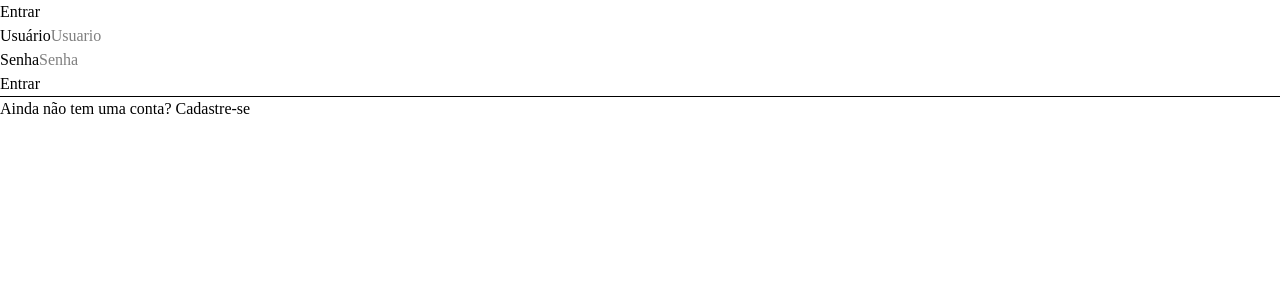
Repository: tauanesoares/blog
Page: /cadastrartema
The author's editor kept a copy of each file at every save. The page is drawn from the files as they stood at one save, then again after the next save.
The browser window is 1280 px wide. The pictures show the whole page.
The project was rebuilt for these pictures with package versions that can differ from the ones it lists, and the page was loaded fresh each time. Also part of the build but not shown: vite.config.ts, src/components/postagem/cardpostagem/CardPostagem.tsx, src/components/postagem/listapostagens/ListaPostagens.tsx, src/components/postagem/formpostagem/FormPostagem.tsx, src/components/postagem/modalpostagem/ModalPostagem.tsx, src/pages/home/Home.tsx, src/pages/cadastro/Cadastro.tsx, src/components/tema/cardtema/CardTema.tsx and 4 more.

Above is the page before, as saved 2025-11-03 08:29:41.

### index.html
<!doctype html>
<html lang="pt-br">
  <head>
    <meta charset="UTF-8" />
    <link rel="icon" type="image/svg+xml" href="https://i.imgur.com/f4KMCRp.png" />
    <meta name="viewport" content="width=device-width, initial-scale=1.0" />
    <title>Projeto blogpessoal</title>
  </head>
  <body>
    <div id="root"></div>
    <script type="module" src="/src/main.tsx"></script>
  </body>
</html>

### src/App.tsx
import Home from "./pages/home/Home";
import Navbar from "./components/navbar/Navbar";
import Footer from "./components/footer/Footer";
import { BrowserRouter, Route, Routes } from "react-router-dom";
import Cadastro from "./pages/cadastro/Cadastro";
import Login from "./pages/login/Login";
import { AuthProvider } from "./contexts/AuthContext";
import ListaTemas from "./components/tema/listatemas/ListaTemas";
import FormTema from "./components/tema/formtema/FormTema";
import DeletarTema from "./components/tema/deletartema/DeletarTema";
import ListaPostagens from "./components/postagem/listapostagens/ListaPostagens";
import FormPostagem from "./components/postagem/formpostagem/FormPostagem";
import DeletarPostagem from "./components/postagem/deletarpostagem/DeletarPostagem";
import Perfil from "./pages/perfil/Perfil";
import 'react-toastify/dist/ReactToastify.css';
import { ToastContainer } from "react-toastify";

function App() {
  return (
    <>
    <AuthProvider>
      <ToastContainer />
    <BrowserRouter>
        <Navbar />
          <div className="min-h-[80vh]">
            <Routes>
              <Route path="/" element={<Login />} />
              <Route path="/home" element={<Home />} />
              <Route path="/cadastro" element={<Cadastro />} />
              <Route path="/temas" element={<ListaTemas />} />
              <Route path="/cadastrartema" element={<FormTema />} />
              <Route path="/editartema/:id" element={<FormTema />} />
              <Route path="/deletartema/:id" element={<DeletarTema />} />
              <Route path="/postagens" element={<ListaPostagens />} />
              <Route path="/cadastrarpostagem" element={<FormPostagem />} />
              <Route path="/editarpostagem/:id" element={<FormPostagem />} />
              <Route path="/deletarpostagem/:id" element={<DeletarPostagem />} />
              <Route path="/perfil" element={<Perfil />} />
            </Routes>
          </div>
        <Footer />
    </BrowserRouter>
    </AuthProvider>
    </>
  );
}

export default App;

### src/components/navbar/Navbar.tsx
import { useContext, type ReactNode } from "react";
import { Link, useNavigate } from "react-router-dom";
import { AuthContext } from "../../contexts/AuthContext";
import { ToastAlerta } from "../../utils/ToastAlearta";

function Navbar() {

  const navigate = useNavigate();

  const { usuario, handleLogout } = useContext(AuthContext);

  function logout() {

    handleLogout()
    ToastAlerta('O Usuário foi desconectado com sucesso!', 'info')
    navigate('/')
  }

  let component: ReactNode

  if (usuario.token !== "") {

    component = (

      <div className='w-full flex justify-center py-4 bg-indigo-900 text-white'>

        <div className='container flex justify-between text-lg mx-8'>
          <Link to='/home' className='text-2xl font-bold'>Blog Pessoal</Link>

          <div className='flex gap-4'>
            <Link to='/postagens' className='hover:underline'>Postagens</Link>
            <Link to='/temas' className='hover:underline'>Temas</Link>
            <Link to='/cadastrartema' className='hover:underline'>Cadastrar tema</Link>
            <Link to='/perfil' className='hover:underline'>Perfil</Link>
            <Link to='' onClick={logout} className='hover:underline'>Sair</Link>
          </div>
        </div>
      </div>
    )
  }

  return (
    <>
      { component }
    </>
  )
}

export default Navbar

### src/components/footer/Footer.tsx
import { InstagramLogoIcon, GithubLogoIcon, LinkedinLogoIcon } from "@phosphor-icons/react"
import { useContext, type ReactNode } from "react"
import { AuthContext } from "../../contexts/AuthContext"


function Footer() {

    let data = new Date().getFullYear()

    const { usuario } = useContext(AuthContext)

    let component: ReactNode

    if (usuario.token !== "") {

    component = (


        <>
            <div className="flex justify-center bg-indigo-900 text-white">
                <div className="container flex flex-col items-center py-4">
                    <p className='text-xl font-bold'>
                            Blog Pessoal Generation | Copyright: {data}
                        </p>
                    <p className='text-lg'>Acesse nossas redes sociais</p>
                    <div className='flex gap-2'>
                        <a href="https://github.com/tauanesoares" target="_blank">
                            <GithubLogoIcon size={48} weight='bold' />
                        </a>
                         <a href="">
                            <InstagramLogoIcon size={48} weight='bold' />
                         </a>

                        <a href="">
                            <LinkedinLogoIcon size={48} weight='bold' />
                         </a>
                    </div>
                </div>
            </div>
        </>
    )
}

return (
    <>
      { component }
    </>
  )
}
export default Footer

### src/pages/login/Login.tsx
import { Link, useNavigate } from "react-router-dom";
import { AuthContext } from "../../contexts/AuthContext";
import type UsuarioLogin from "../../models/UsuarioLogin";
import { useContext, useEffect, useState, type ChangeEvent, type FormEvent } from "react";
import { ClipLoader } from "react-spinners";

function Login() {
    const navigate = useNavigate();

  const {usuario, handleLogin, isLoading} = useContext(AuthContext)

  const [usuarioLogin, setUsuarioLogin] = useState<UsuarioLogin>({} as UsuarioLogin)

  useEffect(() => {
    if (usuario.token !== "") {
      navigate('/home')
    }
  }, [usuario])

  function atualizarEstado(e: ChangeEvent<HTMLInputElement>) {
    setUsuarioLogin({
      ...usuarioLogin,
      [e.target.name]: e.target.value
    })
  }

  function login(e: FormEvent<HTMLFormElement>) {
    e.preventDefault()
    handleLogin(usuarioLogin)
  }
    return (
        <>
            <div className="grid grid-cols-1 lg:grid-cols-2 h-screen place-items-center font-bold ">
                <form className="flex justify-center items-center flex-col w-1/2 gap-4"
                    onSubmit={login}>
                    <h2 className="text-slate-900 text-5xl ">Entrar</h2>
                    <div className="flex flex-col w-full">
                        <label htmlFor="usuario">Usuário</label>
                        <input
                            type="text"
                            id="usuario"
                            name="usuario"
                            placeholder="Usuario"
                            className="border-2 border-slate-700 rounded p-2"
                            value={usuarioLogin.usuario}
                            onChange={(e: ChangeEvent<HTMLInputElement>) => atualizarEstado(e)}
                        />
                    </div>
                    <div className="flex flex-col w-full">
                        <label htmlFor="senha">Senha</label>
                        <input
                            type="password"
                            id="senha"
                            name="senha"
                            placeholder="Senha"
                            className="border-2 border-slate-700 rounded p-2"
                            value={usuarioLogin.senha}
                            onChange={(e: ChangeEvent<HTMLInputElement>) => atualizarEstado(e)}
                        />
                    </div>
                    <button
                        type='submit'
                        className="rounded bg-indigo-400 flex justify-center
                                   hover:bg-indigo-900 text-white w-1/2 py-2">
                        {isLoading ?
                         <ClipLoader
                          color="#ffffff"
                           size={20}
                            /> :
                        <span>Entrar</span>
                        }
                    </button>

                    <hr className="border-slate-800 w-full" />

                   <p>
                        Ainda não tem uma conta?{' '}
                        <Link to="/cadastro" className="text-indigo-800 hover:underline">
                            Cadastre-se
                        </Link>
                    </p>
                </form>
                 <div className="bg-[url('https://i.imgur.com/ZZFAmzo.jpg')] lg:block hidden bg-no-repeat
                            w-full min-h-screen bg-cover bg-center"
                ></div>
            </div>
        </>
    );
}

export default Login;

### src/contexts/AuthContext.tsx
import { createContext, useState, type ReactNode } from 'react';
import type UsuarioLogin from '../models/UsuarioLogin';
import { login } from '../services/Service';
import { ToastAlerta } from '../utils/ToastAlearta';

// tipagem das funcionalidades que eu vou querer no meu contexto, essa é a ultima parte a ser preenchida, de acordo com o que eu precisar no projeto
interface AuthContextProps {
  usuario: UsuarioLogin;
  handleLogout(): void;
  handleLogin(usuario: UsuarioLogin): Promise<void>;
  isLoading: boolean;
}

// interface de tipagem padrão do context, esse cara sempre vai precisar estar aqui, desse jeito
interface AuthProviderProps {
  children: ReactNode;
}

// criação do contexto em si, é uma const que sempre vai receber o "createContext({} as AuthContextProps)"
export const AuthContext = createContext({} as AuthContextProps);

// criação da função de provedor do context, sempre vai receber o "({ children }: AuthProviderProps)"
export function AuthProvider({ children }: AuthProviderProps) {

  // criação do estado que vai armazenar os dados do usuário que vai fazer o login
  const [usuario, setUsuario] = useState<UsuarioLogin>({
    id: 0,
    nome: '',
    usuario: '',
    senha: '',
    foto: '',
    token: '',
  });

  // estado pra fazer o esqueminha de loading do botão
  const [isLoading, setIsLoading] = useState<boolean>(false);

  // função que envia os dados do usuario para o backend, e se tudo der certo, da msg de ok, senão, da msg de erro
  async function handleLogin(usuarioLogin: UsuarioLogin) {
    setIsLoading(true);

    try {
      await login('/usuarios/logar', usuarioLogin, setUsuario);
      ToastAlerta("Usuário foi autenticado com sucesso!", "sucesso")
    } catch (error) {
      ToastAlerta("Os dados do Usuário estão inconsistentes!", "erro")
      console.log(error);
    }

    setIsLoading(false);
  }

  // função para deslogar o usuario, que simplesmente limpa todos os dados do estado, voltando ele pro estado original (sem token de acesso == não logado)
  function handleLogout() {
    setUsuario({
      id: 0,
      nome: '',
      usuario: '',
      senha: '',
      foto: '',
      token: '',
    });
  }

  return(
    <AuthContext.Provider value={{usuario, handleLogin, handleLogout, isLoading}}>
      {children}
    </AuthContext.Provider>
  )
}

### src/components/tema/formtema/FormTema.tsx
import { useContext, useEffect, useState, type ChangeEvent, type FormEvent } from "react";
import { useNavigate, useParams } from "react-router-dom";
import type Tema from "../../../models/Tema";
import { AuthContext } from "../../../contexts/AuthContext";
import { atualizar, buscar, cadastrar } from "../../../services/Service";
import { ClipLoader } from "react-spinners";
import { ToastAlerta } from "../../../utils/ToastAlearta";

function FormTema() {

  const navigate = useNavigate()

  const [tema, setTema] = useState<Tema>({} as Tema)

  const [isLoading, setIsLoading] = useState<boolean>(false)
  const {usuario, handleLogout} = useContext(AuthContext)
  const token = usuario.token
  const {id} = useParams<{id: string}>()

  async function buscarPorId(id: string) {
    try {
      await buscar(`/temas/${id}`, setTema, {
        headers: {Authorization: token}
      })
    } catch (error: any) {
      if (error.toString().includes('401')) {
        console.log(error);
        ToastAlerta('Sessão expirada!', 'info')
        handleLogout()
      }
    }
  }

  useEffect(() => {
    if (token === '') {
      alert('ai não né... precisa logar')
      navigate('/')
    }
  }, [token])

  useEffect(() => {
    if(id !== undefined) {
      buscarPorId(id)
    }
  }, [id])

  function atualizarEstado(e: ChangeEvent<HTMLInputElement>) {
    setTema({
      ...tema,
      [e.target.name]: e.target.value
    })
  }

  function retornar() {
    navigate('/temas')
  }

  async function gerarNovoTema(e: FormEvent<HTMLFormElement>) {
    e.preventDefault()
    setIsLoading(true)
    if (id !== undefined) {
      try {
        await atualizar('/temas', tema, setTema, {
          headers: {Authorization: token}
        })
        alert('Tema atualizado com sucesso')
      } catch (error: any) {
        if(error.toString().includes('401')) {
          alert('Sessão expirada')
          handleLogout()
        } else {
          alert('Falha ao atualizar o tema')
        }
      }
    } else {
      try {
        await cadastrar('/temas', tema, setTema, {
          headers: {Authorization: token}
        })
        alert('Tema atualizado com sucesso')
      } catch (error: any) {
        if(error.toString().includes('401')) {
          alert('Sessão expirada')
          handleLogout()
        } else {
          alert('Falha ao cadastrar o tema')
        }
      }
    }

    setIsLoading(false)
    retornar()
  }

  return (
    <div className="container mx-auto flex flex-col items-center justify-center">
      <h1 className="text-5xl text-center my-8 font-bold font-mono">{id === undefined ? 'Cadastrar' : 'Atualizar'} tema</h1>
      <form className="w-1/2 flex flex-col gap-4" onSubmit={gerarNovoTema}>
        <div className="flex flex-col gap-2">
          <label htmlFor="descricao">Descrição do novo tema</label>
          <input
            type="text"
            placeholder="Digite o novo tema aqui..."
            id="descricao"
            name="descricao"
            className="border-2 border-stone-800 rounded p-2"
            value={tema.descricao}
            onChange={(e: ChangeEvent<HTMLInputElement>) => atualizarEstado(e)}
          />
          <button
            className="bg-stone-600 py-2 text-lg font-bold text-white w-1/3 mx-auto hover:bg-stone-800 cursor-pointer rounded"
            type="submit"
          >
            {isLoading ? <ClipLoader size={24} color="#fff" /> : <span>{id === undefined ? 'Cadastrar' : 'Atualizar'}</span>}
          </button>
        </div>
      </form>
    </div>
  );
}

export default FormTema;

### src/utils/ToastAlearta.ts
import { toast } from 'react-toastify';

export function ToastAlerta(mensagem: string, tipo: string) {
  switch (tipo) {

    case 'sucesso':
      toast.success(mensagem, {
        position: 'top-right',
        autoClose: 2000,
        hideProgressBar: false,
        closeOnClick: true,
        pauseOnHover: false,
        draggable: false,
        theme: 'colored',
        progress: undefined,
      });
      break;

    case 'erro':
      toast.error(mensagem, {
        position: 'top-right',
        autoClose: 2000,
        hideProgressBar: false,
        closeOnClick: true,
        pauseOnHover: false,
        draggable: false,
        theme: 'colored',
        progress: undefined,
      });
      break;

    case 'info':
    default:
      toast.info(mensagem, {
        position: 'top-right',
        autoClose: 2000,
        hideProgressBar: false,
        closeOnClick: true,
        pauseOnHover: false,
        draggable: false,
        theme: 'colored',
        progress: undefined,
      });
      break;
  }
}

### src/services/Service.ts
import axios from 'axios';

const api = axios.create({
    baseURL: 'https://blogpessoal-umwc.onrender.com'
});

export const cadastrarUsuario = async (url: string, dados: Object, setDados: Function) => {
    const resposta = await api.post(url, dados);
    setDados(resposta.data);
}

export const login = async (url: string, dados: Object, setDados: Function) => {
    const resposta = await api.post(url, dados);
    setDados(resposta.data);
}
export const buscar = async (url: string, setDados: Function, header: Object) => {
    const resposta = await api.get(url, header)
    setDados(resposta.data)
}
export const cadastrar = async (url: string, dados: Object, setDados: Function, header: Object) => {
    const resposta = await api.post(url, dados, header)
    setDados(resposta.data)
}

export const atualizar = async (url: string, dados: Object, setDados: Function, header: Object) => {
    const resposta = await api.put(url, dados, header)
    setDados(resposta.data)
}
export const deletar = async (url: string, header: Object) => {
    await api.delete(url, header)
}

Loaded but not shown: src/main.tsx (common file); src/index.css (common file)

After the next save:
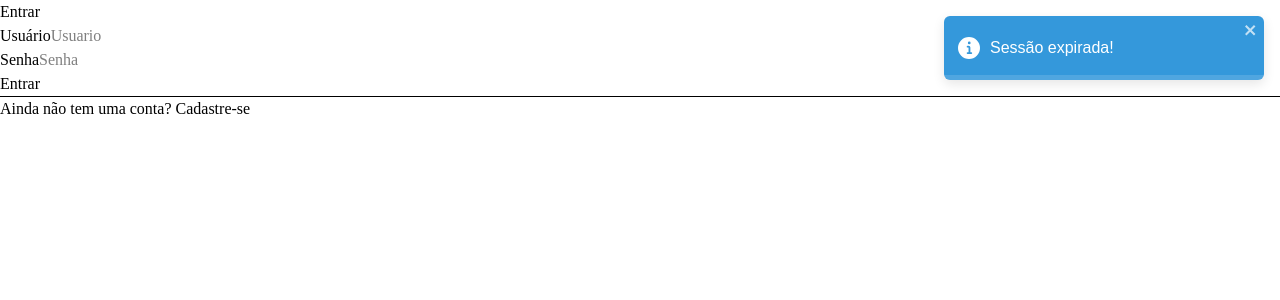
Saved 15 s later.
--- a/src/components/tema/formtema/FormTema.tsx
+++ b/src/components/tema/formtema/FormTema.tsx
@@ -33,7 +33,7 @@
 
   useEffect(() => {
     if (token === '') {
-      alert('ai não né... precisa logar')
+      ToastAlerta('Sessão expirada!', 'info')
       navigate('/')
     }
   }, [token])
